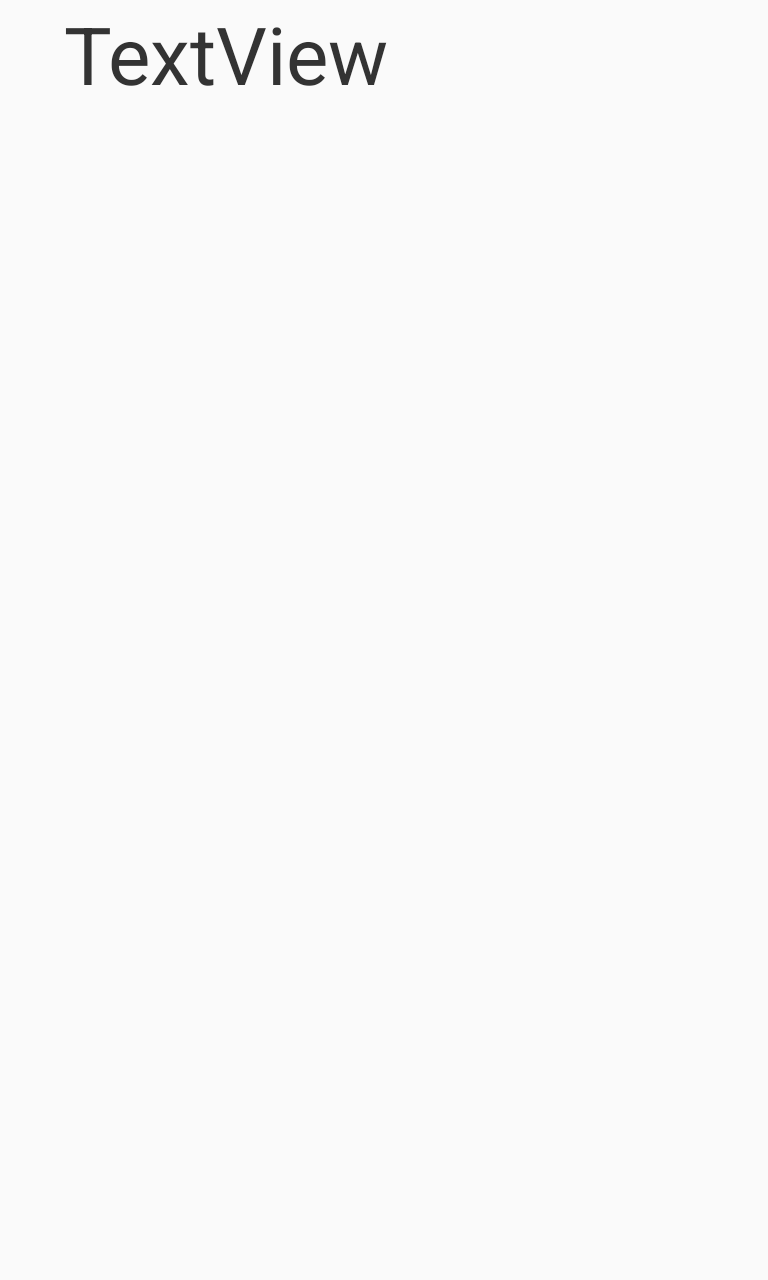
Repository: HelloLZ/WeatherReport
Layout: SunnyWeather/SunnyWeather/res/layout/item_city_list.xml
The author's editor kept a copy of each file at every save. The layout is drawn from the files as they stood at one save, then again after the next save.
It is drawn on a 768 x 1280 px phone screen (xhdpi) without system bars, with theme AppTheme; the app's code is not run.

Above is the layout before, as saved 2014-11-07 12:50:39.

After the next save:
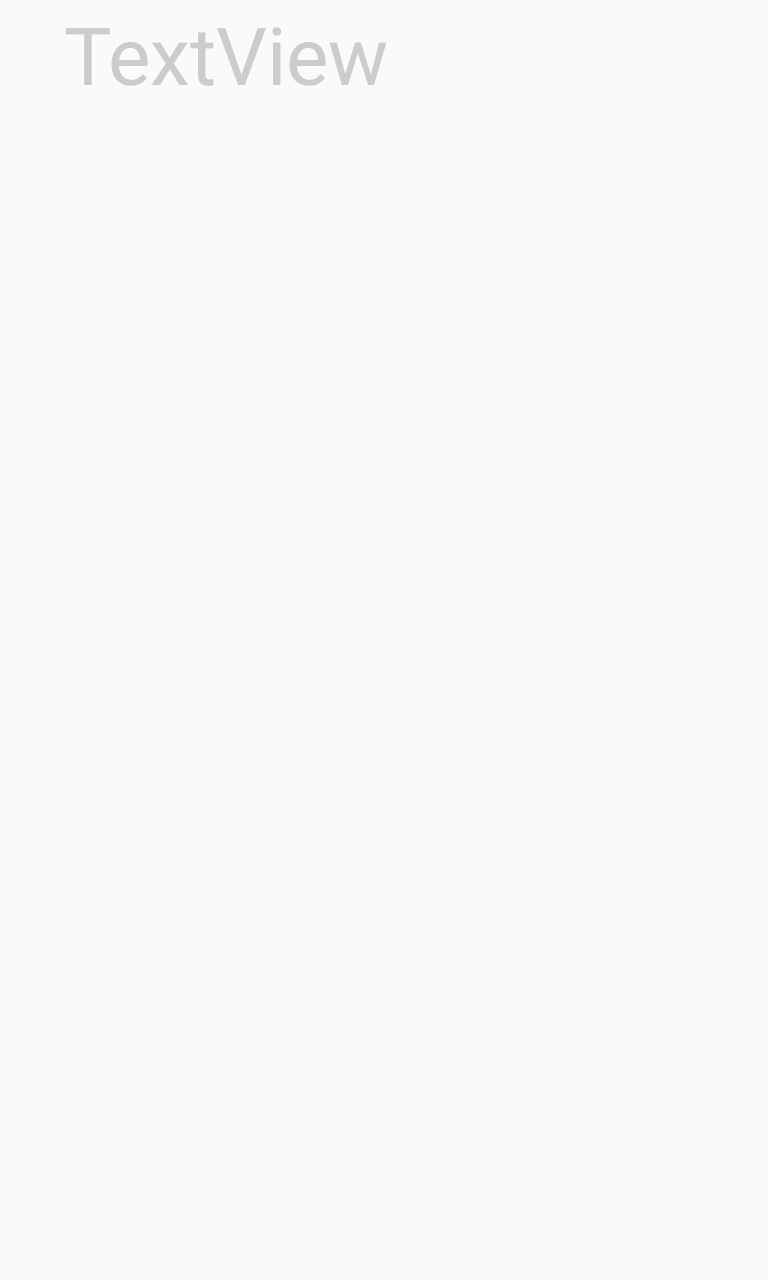
Saved 2 min 14 s later.
--- a/SunnyWeather/SunnyWeather/res/layout/item_city_list.xml
+++ b/SunnyWeather/SunnyWeather/res/layout/item_city_list.xml
@@ -10,7 +10,7 @@
         android:layout_alignParentTop="true"
         android:layout_toRightOf="@+id/checkbox_delect_mycity"
         android:text="TextView"
-        android:textColor="#333333"
+        android:textColor="#CCCCCC"
         android:textSize="40sp" />
 
     <CheckBox
